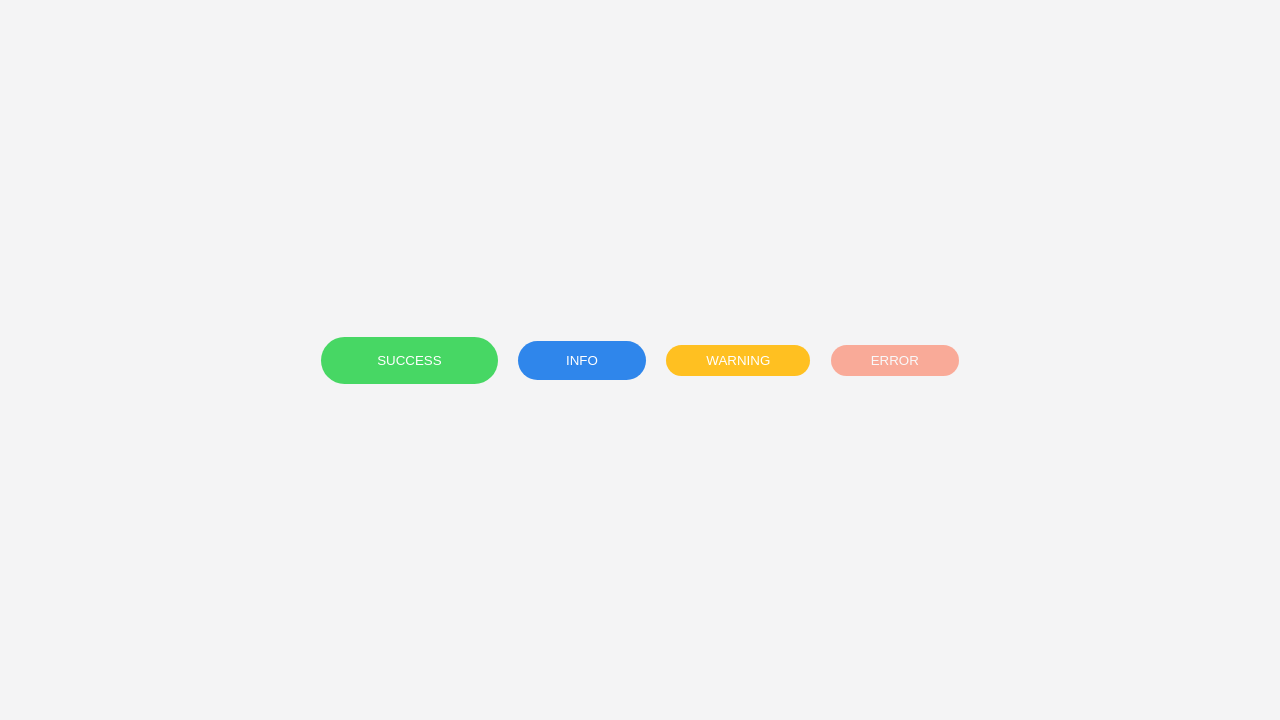
Repository: hoangtranduchai/toast-message
Page: index.html
These files come from the project's save history. The page is drawn as it stood at one moment and after the next save; the edit follows.
The browser window is 1280 px wide. The pictures show the whole page.
Some web libraries are served in a nearby version.

Above is the page before, as saved 2021-08-18 16:19:38.

After the next save:
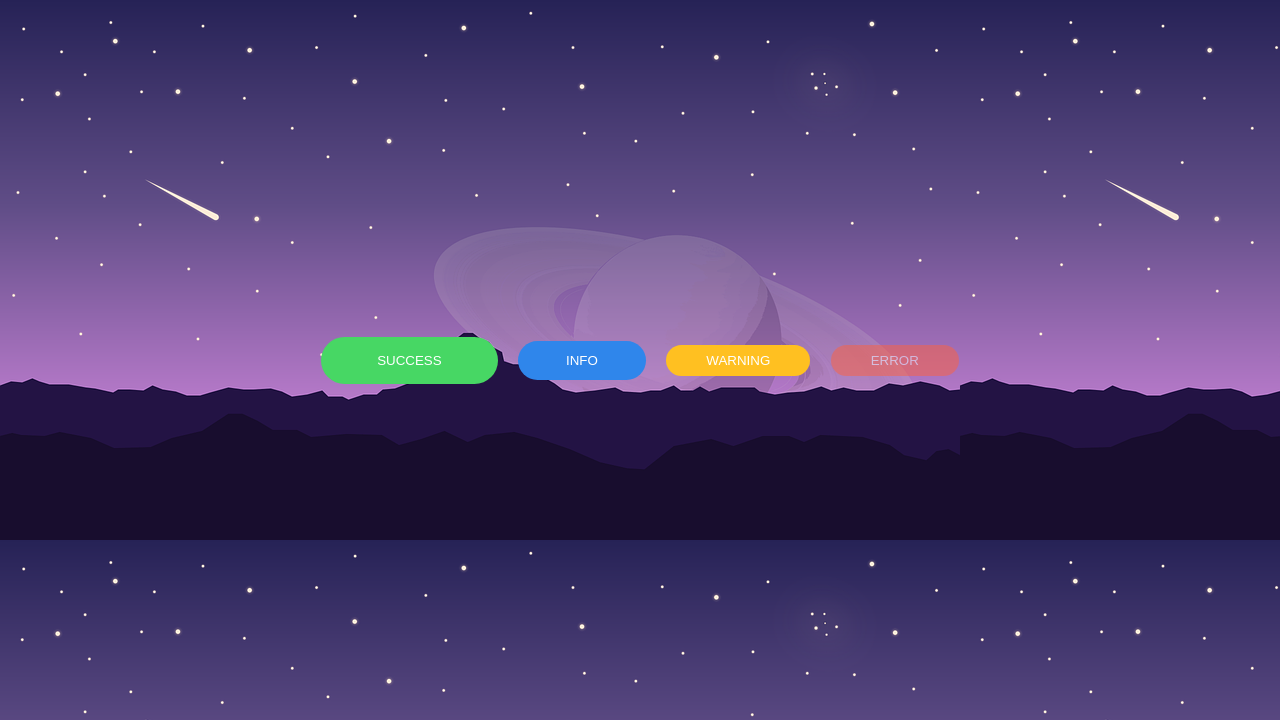
Saved 15 min 35 s later.
--- a/assets/css/style.css
+++ b/assets/css/style.css
@@ -9,7 +9,7 @@ body {
   display: flex;
   flex-direction: row;
   font-family: "Helvetica Neue";
-  background-color: #f4f4f5;
+  background: url('../img/background/background1.jpg');
 }
 
 body > div {
